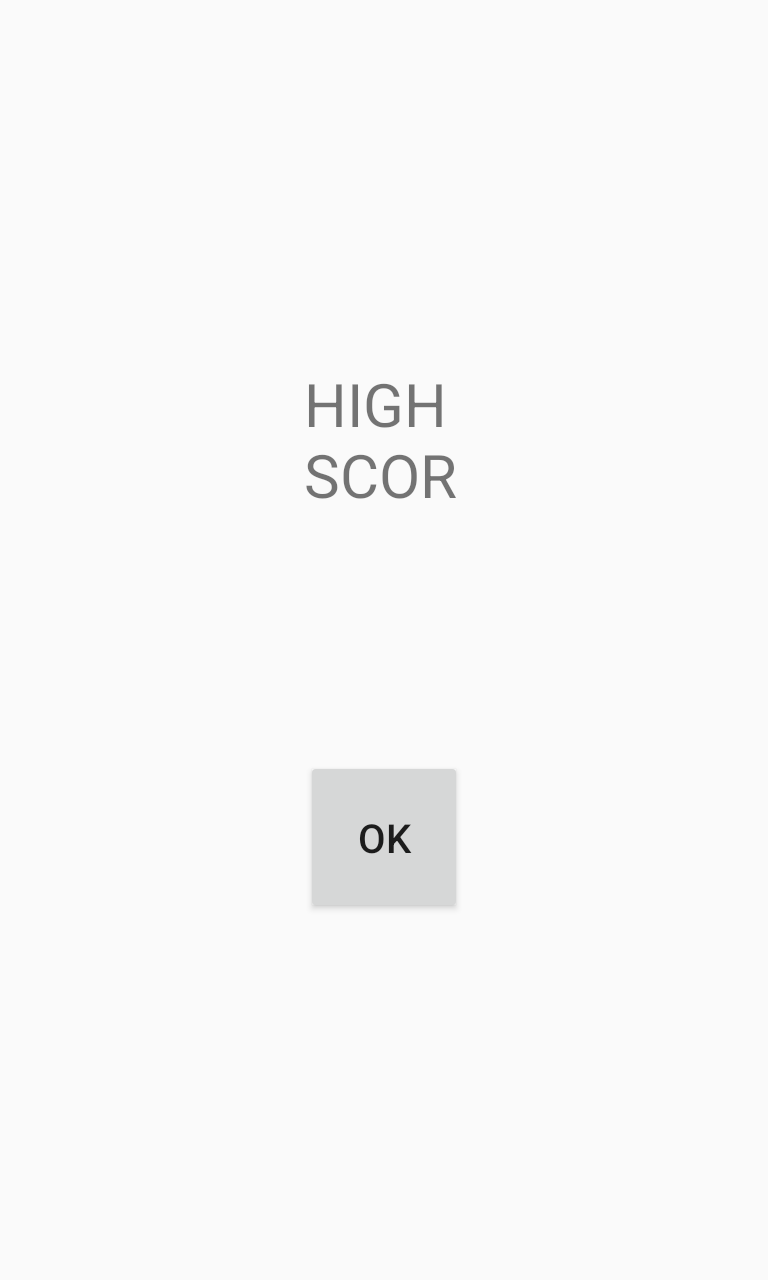
Repository: JoanneCaroll/Mathbomb
Layout: MathBomb/res/layout/activity_highscore.xml
These files come from the project's save history. The layout is drawn as it stood at one moment and after the next save; the edit follows.
It is drawn on a 768 x 1280 px phone screen (xhdpi) without system bars, with theme AppTheme; the app's code is not run.

Above is the layout before, as saved 2014-11-12 05:58:33.

### MathBomb/res/layout/activity_highscore.xml
<?xml version="1.0" encoding="utf-8"?>
<LinearLayout xmlns:android="http://schemas.android.com/apk/res/android"
    android:layout_width="match_parent"
    android:layout_height="match_parent"
    android:gravity="center"
    android:orientation="vertical">

    <TextView
        android:id="@+id/highscoreshow"
            android:layout_width="80dp"
            android:layout_height="80dp"
            android:textSize="30dp"
            android:text="HIGH SCORE"/>

    <LinearLayout
        android:layout_width="match_parent"
        android:layout_height="wrap_content"
        android:orientation="horizontal"
        android:gravity="center"/>
        <TextView
            android:id="@+id/score"
            android:layout_width="80dp"
            android:layout_height="80dp"
            android:textSize="20dp"/>
        <TextView
            android:paddingTop="10dp"
            android:id="@+id/date"
            android:layout_width="wrap_content"
            android:layout_height="wrap_content"
            android:textSize="20dp"/>
   <LinearLayout/>

    <Button
       		android:id="@+id/ok_highscore"
            android:layout_width="80dp"
            android:layout_height="80dp"
            android:textSize="20dp"
            android:text="OK"/>
</LinearLayout>

Loaded but not shown: MathBomb/res/values/styles.xml (common file); MathBomb/res/values-v11/styles.xml (common file); MathBomb/res/values-v14/styles.xml (common file)

After the next save:
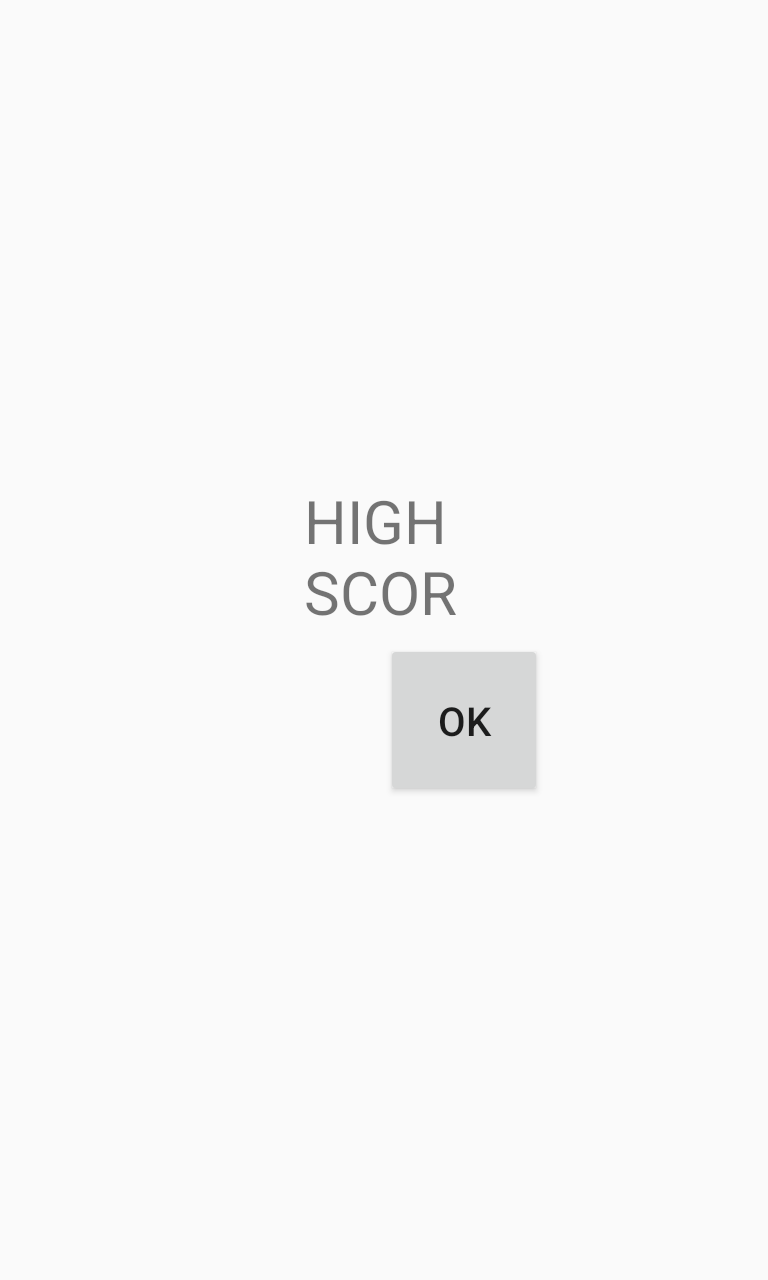
Saved 109 s later.
--- a/MathBomb/res/layout/activity_highscore.xml
+++ b/MathBomb/res/layout/activity_highscore.xml
@@ -6,17 +6,18 @@
     android:orientation="vertical">
 
     <TextView
+        android:layout_gravity="center"
         android:id="@+id/highscoreshow"
-            android:layout_width="80dp"
-            android:layout_height="80dp"
-            android:textSize="30dp"
-            android:text="HIGH SCORE"/>
+        android:layout_width="80dp"
+        android:layout_height="80dp"
+        android:textSize="30dp"
+        android:text="HIGH SCORE"/>
 
     <LinearLayout
         android:layout_width="match_parent"
         android:layout_height="wrap_content"
         android:orientation="horizontal"
-        android:gravity="center"/>
+        android:gravity="center">
         <TextView
             android:id="@+id/score"
             android:layout_width="80dp"
@@ -31,6 +32,7 @@
    <LinearLayout/>
 
     <Button
+         android:layout_gravity="center"
        		android:id="@+id/ok_highscore"
             android:layout_width="80dp"
             android:layout_height="80dp"
